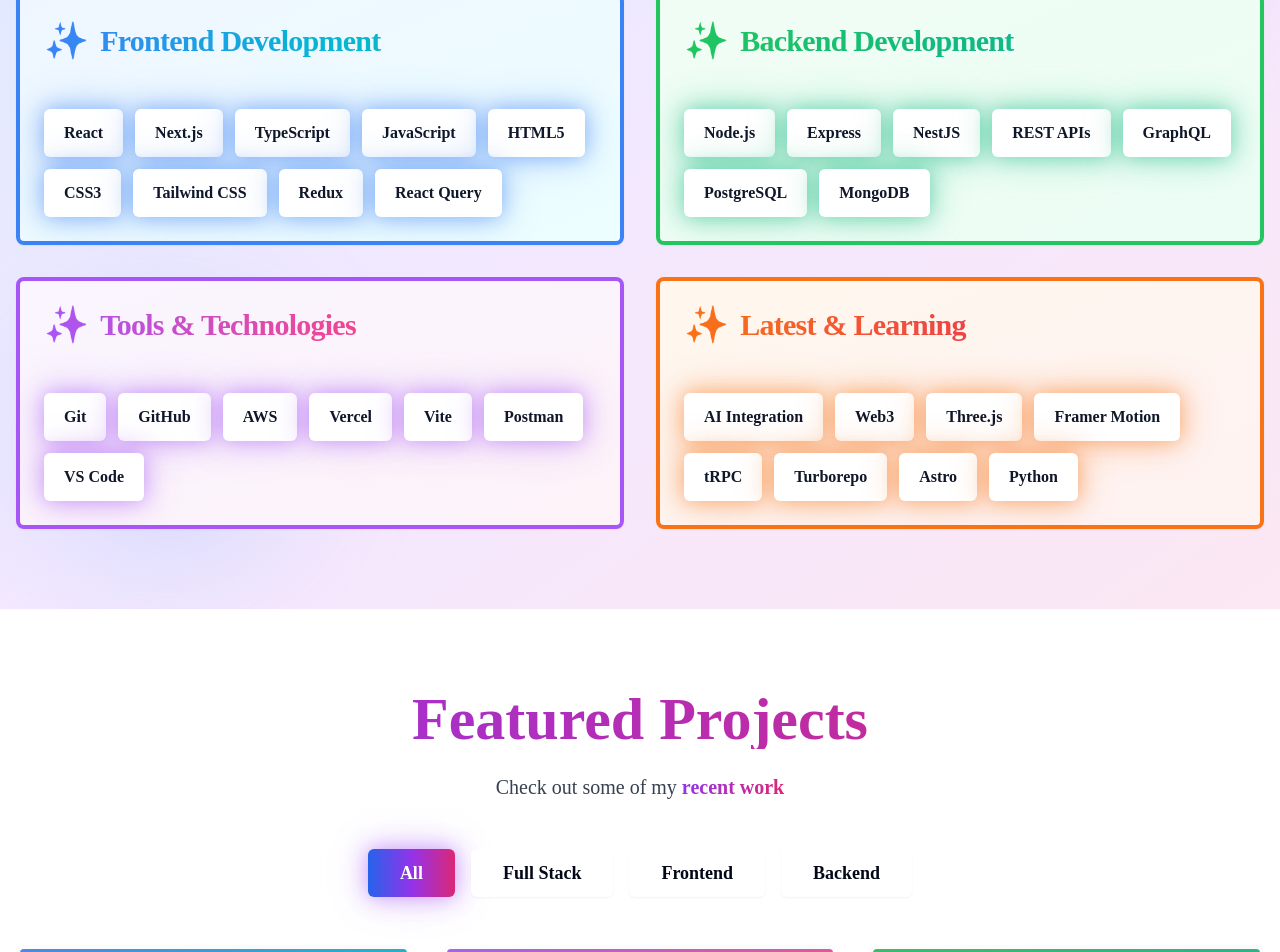
Repository: sm6746/PORTFOLIO
Page: /
The author's editor kept a copy of each file at every save. The page is drawn from the files as they stood at one save, then again after the next save.
The browser window is 1280 px wide. The pictures show the part of the page from y = 1932 to 2884 px (the page is 8297 px tall).
Pictures or frames that could not be fetched are drawn as grey boxes. The project was rebuilt for these pictures with package versions that can differ from the ones it lists, and the page was loaded fresh each time. Also part of the build but not shown: vite.config.ts.

Above is the page before, as saved 2025-11-06 21:16:22.

### index.html
<!DOCTYPE html>
<html lang="en">
  <head>
    <meta charset="UTF-8" />
    <link rel="icon" type="image/svg+xml" href="/favicon.svg" />
    <meta name="viewport" content="width=device-width, initial-scale=1.0" />
    <title>Portfolio</title>
  </head>
  <body>
    <div id="root"></div>
    <script type="module" src="/app/main.tsx"></script>
  </body>
</html>

### app/main.tsx
import React from 'react'
import ReactDOM from 'react-dom/client'
import App from './app'
import './globals.css'

ReactDOM.createRoot(document.getElementById('root')!).render(
  <React.StrictMode>
    <App />
  </React.StrictMode>,
)

### app/app.tsx
import { ThemeProvider } from '@/lib/theme-context';
import { Header } from '@/components/header';
import { HeroSection } from '@/components/hero-section';
import { AboutSection } from '@/components/about-section';
import { SkillsSection } from '@/components/skills-section';
import { ProjectsSection } from '@/components/projects-section';
import { ExperienceSection } from '@/components/experience-section';
import { CertificationsSection } from '@/components/certifications-section';
import { ContactSection } from '@/components/contact-section';
import { Footer } from '@/components/footer';
import { ScrollToTop } from '@/components/scroll-to-top';

function App() {
  return (
    <ThemeProvider>
      <div className="min-h-screen bg-white dark:bg-gray-900 transition-colors duration-300">
        <Header />
        <main>
          <HeroSection />
          <AboutSection />
          <SkillsSection />
          <ProjectsSection />
          <ExperienceSection />
          <CertificationsSection />
          <ContactSection />
        </main>
        <Footer />
        <ScrollToTop />
      </div>
    </ThemeProvider>
  );
}

export default App;

### app/globals.css
@tailwind base;
@tailwind components;
@tailwind utilities;

@layer base {
  :root {
    --background: 0 0% 100%;
    --foreground: 222.2 84% 4.9%;
    --card: 0 0% 100%;
    --card-foreground: 222.2 84% 4.9%;
    --popover: 0 0% 100%;
    --popover-foreground: 222.2 84% 4.9%;
    --primary: 221.2 83.2% 53.3%;
    --primary-foreground: 210 40% 98%;
    --secondary: 210 40% 96.1%;
    --secondary-foreground: 222.2 47.4% 11.2%;
    --muted: 210 40% 96.1%;
    --muted-foreground: 215.4 16.3% 46.9%;
    --accent: 210 40% 96.1%;
    --accent-foreground: 222.2 47.4% 11.2%;
    --destructive: 0 84.2% 60.2%;
    --destructive-foreground: 210 40% 98%;
    --border: 214.3 31.8% 91.4%;
    --input: 214.3 31.8% 91.4%;
    --ring: 221.2 83.2% 53.3%;
    --radius: 0.5rem;
  }

  .dark {
    --background: 222.2 84% 4.9%;
    --foreground: 210 40% 98%;
    --card: 222.2 84% 4.9%;
    --card-foreground: 210 40% 98%;
    --popover: 222.2 84% 4.9%;
    --popover-foreground: 210 40% 98%;
    --primary: 217.2 91.2% 59.8%;
    --primary-foreground: 222.2 47.4% 11.2%;
    --secondary: 217.2 32.6% 17.5%;
    --secondary-foreground: 210 40% 98%;
    --muted: 217.2 32.6% 17.5%;
    --muted-foreground: 215 20.2% 65.1%;
    --accent: 217.2 32.6% 17.5%;
    --accent-foreground: 210 40% 98%;
    --destructive: 0 62.8% 30.6%;
    --destructive-foreground: 210 40% 98%;
    --border: 217.2 32.6% 17.5%;
    --input: 217.2 32.6% 17.5%;
    --ring: 224.3 76.3% 48%;
  }
}

@layer base {
  * {
    @apply border-border;
  }
  body {
    @apply bg-background text-foreground;
  }
}

@layer utilities {
  .bg-grid-pattern {
    background-image: linear-gradient(to right, rgba(0, 0, 0, 0.1) 1px, transparent 1px),
      linear-gradient(to bottom, rgba(0, 0, 0, 0.1) 1px, transparent 1px);
    background-size: 20px 20px;
  }

  .glow-blue {
    box-shadow: 0 0 20px rgba(59, 130, 246, 0.5), 0 0 40px rgba(59, 130, 246, 0.3);
  }

  .glow-purple {
    box-shadow: 0 0 20px rgba(168, 85, 247, 0.5), 0 0 40px rgba(168, 85, 247, 0.3);
  }

  .glow-pink {
    box-shadow: 0 0 20px rgba(236, 72, 153, 0.5), 0 0 40px rgba(236, 72, 153, 0.3);
  }

  .glow-green {
    box-shadow: 0 0 20px rgba(16, 185, 129, 0.5), 0 0 40px rgba(16, 185, 129, 0.3);
  }

  .glow-orange {
    box-shadow: 0 0 20px rgba(249, 115, 22, 0.5), 0 0 40px rgba(249, 115, 22, 0.3);
  }

  @keyframes float {
    0%, 100% { transform: translateY(0px); }
    50% { transform: translateY(-20px); }
  }

  .animate-float {
    animation: float 3s ease-in-out infinite;
  }

  @keyframes gradient-shift {
    0%, 100% { background-position: 0% 50%; }
    50% { background-position: 100% 50%; }
  }

  .animate-gradient {
    background-size: 200% 200%;
    animation: gradient-shift 3s ease infinite;
  }

  @keyframes pulse-glow {
    0%, 100% { box-shadow: 0 0 20px rgba(59, 130, 246, 0.4), 0 0 40px rgba(168, 85, 247, 0.2); }
    50% { box-shadow: 0 0 30px rgba(59, 130, 246, 0.6), 0 0 60px rgba(168, 85, 247, 0.4); }
  }

  .animate-pulse-glow {
    animation: pulse-glow 2s ease-in-out infinite;
  }
}

### lib/theme-context.tsx
import React, { createContext, useContext, useEffect, useState } from 'react';

type Theme = 'light' | 'dark';

type ThemeContextType = {
  theme: Theme;
  toggleTheme: () => void;
};

const ThemeContext = createContext<ThemeContextType | undefined>(undefined);

export function ThemeProvider({ children }: { children: React.ReactNode }) {
  const [theme, setTheme] = useState<Theme>(() => {
    const stored = localStorage.getItem('portfolio-theme');
    return (stored as Theme) || 'light';
  });

  useEffect(() => {
    localStorage.setItem('portfolio-theme', theme);
    document.documentElement.classList.toggle('dark', theme === 'dark');
  }, [theme]);

  const toggleTheme = () => {
    setTheme(prev => (prev === 'light' ? 'dark' : 'light'));
  };

  return (
    <ThemeContext.Provider value={{ theme, toggleTheme }}>
      {children}
    </ThemeContext.Provider>
  );
}

export function useTheme() {
  const context = useContext(ThemeContext);
  if (!context) {
    throw new Error('useTheme must be used within ThemeProvider');
  }
  return context;
}

### components/skills-section.tsx
import { Badge } from '@/components/ui/badge';
import { Card, CardContent, CardHeader, CardTitle } from '@/components/ui/card';
import { useScrollAnimation } from '@/hooks/use-scroll-animation';

export function SkillsSection() {
  const { ref, isVisible } = useScrollAnimation();

  const skillCategories = [
    {
      title: 'Frontend Development',
      color: 'from-blue-500 via-cyan-500 to-teal-500',
      bgColor: 'bg-gradient-to-br from-blue-50 to-cyan-50 dark:from-blue-950/50 dark:to-cyan-950/50',
      borderColor: 'border-blue-500',
      glowClass: 'glow-blue',
      skills: [
        'React', 'Next.js', 'TypeScript', 'JavaScript', 'HTML5', 'CSS3',
        'Tailwind CSS', 'Redux', 'React Query'
      ],
    },
    {
      title: 'Backend Development',
      color: 'from-green-500 via-emerald-500 to-teal-500',
      bgColor: 'bg-gradient-to-br from-green-50 to-emerald-50 dark:from-green-950/50 dark:to-emerald-950/50',
      borderColor: 'border-green-500',
      glowClass: 'glow-green',
      skills: [
        'Node.js', 'Express', 'NestJS', 'REST APIs', 'GraphQL',
        'PostgreSQL', 'MongoDB'
      ],
    },
    {
      title: 'Tools & Technologies',
      color: 'from-purple-500 via-pink-500 to-rose-500',
      bgColor: 'bg-gradient-to-br from-purple-50 to-pink-50 dark:from-purple-950/50 dark:to-pink-950/50',
      borderColor: 'border-purple-500',
      glowClass: 'glow-purple',
      skills: [
        'Git', 'GitHub', 'AWS', 'Vercel',
         'Vite', 'Postman', 'VS Code'
      ],
    },
    {
      title: 'Latest & Learning',
      color: 'from-orange-500 via-red-500 to-pink-500',
      bgColor: 'bg-gradient-to-br from-orange-50 to-red-50 dark:from-orange-950/50 dark:to-red-950/50',
      borderColor: 'border-orange-500',
      glowClass: 'glow-orange',
      skills: [
        'AI Integration', 'Web3', 'Three.js', 'Framer Motion',
        'tRPC', 'Turborepo', 'Astro', 'Python'
      ],
    },
  ];

  return (
    <section
      id="skills"
      ref={ref as React.RefObject<HTMLElement>}
      className="py-20 bg-gradient-to-br from-blue-100 via-purple-100 to-pink-100 dark:from-gray-800 dark:via-purple-900/10 dark:to-blue-900/10 relative overflow-hidden"
    >
      <div className="absolute top-10 right-10 w-64 h-64 bg-purple-400/20 rounded-full blur-3xl"></div>
      <div className="absolute bottom-10 left-10 w-64 h-64 bg-blue-400/20 rounded-full blur-3xl"></div>

      <div className="container mx-auto px-4 relative z-10">
        <div
          className={`transition-all duration-1000 ${
            isVisible ? 'opacity-100 translate-y-0' : 'opacity-0 translate-y-10'
          }`}
        >
          <h2 className="text-5xl md:text-6xl font-extrabold text-center mb-6 bg-gradient-to-r from-blue-600 via-purple-600 to-pink-600 dark:from-blue-400 dark:via-purple-400 dark:to-pink-400 bg-clip-text text-transparent animate-gradient">
            Technical Skills
          </h2>
          <p className="text-center text-gray-700 dark:text-gray-300 mb-16 text-xl font-medium">
            Modern technologies I work with to build <span className="text-transparent bg-clip-text bg-gradient-to-r from-blue-600 to-purple-600 font-bold">amazing applications</span>
          </p>

          <div className="grid md:grid-cols-2 gap-8">
            {skillCategories.map((category, index) => (
              <Card
                key={index}
                className={`group hover:shadow-2xl transition-all duration-500 transform hover:-translate-y-3 hover:scale-105 border-4 ${category.borderColor} ${category.bgColor} overflow-hidden ${
                  isVisible ? 'opacity-100 translate-y-0' : 'opacity-0 translate-y-10'
                }`}
                style={{ transitionDelay: `${index * 150}ms` }}
              >
                <div className={`absolute inset-0 bg-gradient-to-br ${category.color} opacity-0 group-hover:opacity-10 transition-opacity duration-500`}></div>
                <CardHeader className="relative">
                  <CardTitle className={`text-3xl font-bold bg-gradient-to-r ${category.color} bg-clip-text text-transparent flex items-center gap-3`}>
                    <span className="text-4xl">✨</span>
                    {category.title}
                  </CardTitle>
                </CardHeader>
                <CardContent className="p-6 relative">
                  <div className="flex flex-wrap gap-3">
                    {category.skills.map((skill, skillIndex) => (
                      <Badge
                        key={skillIndex}
                        variant="secondary"
                        className={`px-5 py-3 text-base font-bold hover:scale-125 transition-all duration-300 cursor-pointer bg-white dark:bg-gray-800 hover:shadow-2xl border-3 hover:border-current transform hover:-rotate-3 ${category.glowClass}`}
                      >
                        {skill}
                      </Badge>
                    ))}
                  </div>
                </CardContent>
              </Card>
            ))}
          </div>
        </div>
      </div>
    </section>
  );
}

### components/footer.tsx
import { Github, Linkedin, Mail, Twitter } from 'lucide-react';
import { Button } from '@/components/ui/button';

export function Footer() {
  return (
    <footer className="py-12 bg-gray-900 text-white">
      <div className="container mx-auto px-4">
        <div className="flex flex-col items-center gap-6">
          <div className="text-3xl font-bold bg-gradient-to-r from-blue-400 to-purple-400 bg-clip-text text-transparent">
            SHIVANI MEHRA
          </div>
          <p className="text-gray-400 text-center max-w-md">
            Building the future, one line of code at a time. Let's create something amazing together.
          </p>
          <div className="flex gap-4">
            <Button
              variant="ghost"
              size="icon"
              className="rounded-full hover:bg-blue-600/20 text-gray-300 hover:text-white transition-all"
            >
              <Github className="h-5 w-5" />
            </Button>
            <Button
              variant="ghost"
              size="icon"
              className="rounded-full hover:bg-blue-600/20 text-gray-300 hover:text-white transition-all"
            >
              <Linkedin className="h-5 w-5" />
            </Button>
            <Button
              variant="ghost"
              size="icon"
              className="rounded-full hover:bg-blue-600/20 text-gray-300 hover:text-white transition-all"
            >
              <Twitter className="h-5 w-5" />
            </Button>
            <Button
              variant="ghost"
              size="icon"
              className="rounded-full hover:bg-blue-600/20 text-gray-300 hover:text-white transition-all"
            >
              <Mail className="h-5 w-5" />
            </Button>
          </div>
          <div className="border-t border-gray-800 pt-6 w-full text-center">
            <p className="text-gray-500 text-sm">

            </p>
          </div>
        </div>
      </div>
    </footer>
  );
}

### components/scroll-to-top.tsx
import { Button } from '@/components/ui/button';
import { ArrowUp } from 'lucide-react';
import { useEffect, useState } from 'react';

export function ScrollToTop() {
  const [isVisible, setIsVisible] = useState(false);

  useEffect(() => {
    const toggleVisibility = () => {
      setIsVisible(window.scrollY > 500);
    };

    window.addEventListener('scroll', toggleVisibility);
    return () => window.removeEventListener('scroll', toggleVisibility);
  }, []);

  const scrollToTop = () => {
    window.scrollTo({ top: 0, behavior: 'smooth' });
  };

  if (!isVisible) return null;

  return (
    <Button
      onClick={scrollToTop}
      size="icon"
      className="fixed bottom-8 right-8 z-50 rounded-full shadow-lg bg-gradient-to-r from-blue-600 to-purple-600 hover:from-blue-700 hover:to-purple-700 animate-bounce"
    >
      <ArrowUp className="h-5 w-5" />
    </Button>
  );
}

### components/ui/button.tsx
import * as React from "react"
import { Slot } from "@radix-ui/react-slot"
import { cva, type VariantProps } from "class-variance-authority"

import { cn } from "@/lib/utlis"

const buttonVariants = cva(
  "inline-flex items-center justify-center gap-2 whitespace-nowrap rounded-md text-sm font-medium transition-colors focus-visible:outline-none focus-visible:ring-1 focus-visible:ring-ring disabled:pointer-events-none disabled:opacity-50 [&_svg]:pointer-events-none [&_svg]:size-4 [&_svg]:shrink-0",
  {
    variants: {
      variant: {
        default:
          "bg-primary text-primary-foreground shadow hover:bg-primary/90",
        destructive:
          "bg-destructive text-destructive-foreground shadow-sm hover:bg-destructive/90",
        outline:
          "border border-input bg-background shadow-sm hover:bg-accent hover:text-accent-foreground",
        secondary:
          "bg-secondary text-secondary-foreground shadow-sm hover:bg-secondary/80",
        ghost: "hover:bg-accent hover:text-accent-foreground",
        link: "text-primary underline-offset-4 hover:underline",
      },
      size: {
        default: "h-9 px-4 py-2",
        sm: "h-8 rounded-md px-3 text-xs",
        lg: "h-10 rounded-md px-8",
        icon: "h-9 w-9",
      },
    },
    defaultVariants: {
      variant: "default",
      size: "default",
    },
  }
)

export interface ButtonProps
  extends React.ButtonHTMLAttributes<HTMLButtonElement>,
    VariantProps<typeof buttonVariants> {
  asChild?: boolean
}

const Button = React.forwardRef<HTMLButtonElement, ButtonProps>(
  ({ className, variant, size, asChild = false, ...props }, ref) => {
    const Comp = asChild ? Slot : "button"
    return (
      <Comp
        className={cn(buttonVariants({ variant, size, className }))}
        ref={ref}
        {...props}
      />
    )
  }
)
Button.displayName = "Button"

export { Button, buttonVariants }

### hooks/use-scroll-animation.ts
import { useEffect, useRef, useState } from 'react';

export function useScrollAnimation() {
  const ref = useRef<HTMLElement>(null);
  const [isVisible, setIsVisible] = useState(false);

  useEffect(() => {
    const observer = new IntersectionObserver(
      ([entry]) => {
        if (entry.isIntersecting) {
          setIsVisible(true);
        }
      },
      { threshold: 0.1 }
    );

    if (ref.current) {
      observer.observe(ref.current);
    }

    return () => {
      if (ref.current) {
        observer.unobserve(ref.current);
      }
    };
  }, []);

  return { ref, isVisible };
}

### components/ui/card.tsx
import * as React from "react"

import { cn } from "@/lib/utlis"

const Card = React.forwardRef<
  HTMLDivElement,
  React.HTMLAttributes<HTMLDivElement>
>(({ className, ...props }, ref) => (
  <div
    ref={ref}
    className={cn(
      "rounded-lg border bg-card text-card-foreground shadow-sm",
      className,
    )}
    {...props}
  />
))
Card.displayName = "Card"

const CardHeader = React.forwardRef<
  HTMLDivElement,
  React.HTMLAttributes<HTMLDivElement>
>(({ className, ...props }, ref) => (
  <div
    ref={ref}
    className={cn("flex flex-col space-y-1.5 p-6", className)}
    {...props}
  />
))
CardHeader.displayName = "CardHeader"

const CardTitle = React.forwardRef<
  HTMLParagraphElement,
  React.HTMLAttributes<HTMLHeadingElement>
>(({ className, ...props }, ref) => (
  <h3
    ref={ref}
    className={cn(
      "text-2xl font-semibold leading-none tracking-tight",
      className,
    )}
    {...props}
  />
))
CardTitle.displayName = "CardTitle"

const CardDescription = React.forwardRef<
  HTMLParagraphElement,
  React.HTMLAttributes<HTMLParagraphElement>
>(({ className, ...props }, ref) => (
  <p
    ref={ref}
    className={cn("text-sm text-muted-foreground", className)}
    {...props}
  />
))
CardDescription.displayName = "CardDescription"

const CardContent = React.forwardRef<
  HTMLDivElement,
  React.HTMLAttributes<HTMLDivElement>
>(({ className, ...props }, ref) => (
  <div ref={ref} className={cn("p-6 pt-0", className)} {...props} />
))
CardContent.displayName = "CardContent"

const CardFooter = React.forwardRef<
  HTMLDivElement,
  React.HTMLAttributes<HTMLDivElement>
>(({ className, ...props }, ref) => (
  <div
    ref={ref}
    className={cn("flex items-center p-6 pt-0", className)}
    {...props}
  />
))
CardFooter.displayName = "CardFooter"

export { Card, CardHeader, CardFooter, CardTitle, CardDescription, CardContent }

### components/ui/badge.tsx
import * as React from "react"
import { cva, type VariantProps } from "class-variance-authority"

import { cn } from "@/lib/utlis"

const badgeVariants = cva(
  "inline-flex items-center rounded-md border px-2.5 py-0.5 text-xs font-semibold transition-colors focus:outline-none focus:ring-2 focus:ring-ring focus:ring-offset-2",
  {
    variants: {
      variant: {
        default:
          "border-transparent bg-primary text-primary-foreground shadow hover:bg-primary/80",
        secondary:
          "border-transparent bg-secondary text-secondary-foreground hover:bg-secondary/80",
        destructive:
          "border-transparent bg-destructive text-destructive-foreground shadow hover:bg-destructive/80",
        outline: "text-foreground",
      },
    },
    defaultVariants: {
      variant: "default",
    },
  }
)

export interface BadgeProps
  extends React.HTMLAttributes<HTMLDivElement>,
    VariantProps<typeof badgeVariants> {}

function Badge({ className, variant, ...props }: BadgeProps) {
  return (
    <div className={cn(badgeVariants({ variant }), className)} {...props} />
  )
}

export { Badge, badgeVariants }

### components/ui/input.tsx
import * as React from "react"

import { cn } from "@/lib/utlis"

const Input = React.forwardRef<HTMLInputElement, React.ComponentProps<"input">>(
  ({ className, type, ...props }, ref) => {
    return (
      <input
        type={type}
        className={cn(
          "flex h-9 w-full rounded-md border border-input bg-transparent px-3 py-1 text-base shadow-sm transition-colors file:border-0 file:bg-transparent file:text-sm file:font-medium file:text-foreground placeholder:text-muted-foreground focus-visible:outline-none focus-visible:ring-1 focus-visible:ring-ring disabled:cursor-not-allowed disabled:opacity-50 md:text-sm",
          className
        )}
        ref={ref}
        {...props}
      />
    )
  }
)
Input.displayName = "Input"

export { Input }

### components/ui/textarea.tsx
import * as React from "react"

import { cn } from "@/lib/utlis"

const Textarea = React.forwardRef<
  HTMLTextAreaElement,
  React.ComponentProps<"textarea">
>(({ className, ...props }, ref) => {
  return (
    <textarea
      className={cn(
        "flex min-h-[60px] w-full rounded-md border border-input bg-transparent px-3 py-2 text-base shadow-sm placeholder:text-muted-foreground focus-visible:outline-none focus-visible:ring-1 focus-visible:ring-ring disabled:cursor-not-allowed disabled:opacity-50 md:text-sm",
        className
      )}
      ref={ref}
      {...props}
    />
  )
})
Textarea.displayName = "Textarea"

export { Textarea }

Loaded but not shown: lib/utlis.tsx (common file); tailwind.config.js (62 lines, source omitted); components/projects-section.tsx (180 lines, source omitted); components/contact-section.tsx (144 lines, source omitted); components/experience-section.tsx (143 lines, source omitted); components/certifications-section.tsx (150 lines, source omitted); components/about-section.tsx (79 lines, source omitted); components/hero-section.tsx (100 lines, source omitted); components/header.tsx (82 lines, source omitted)

After the next save:
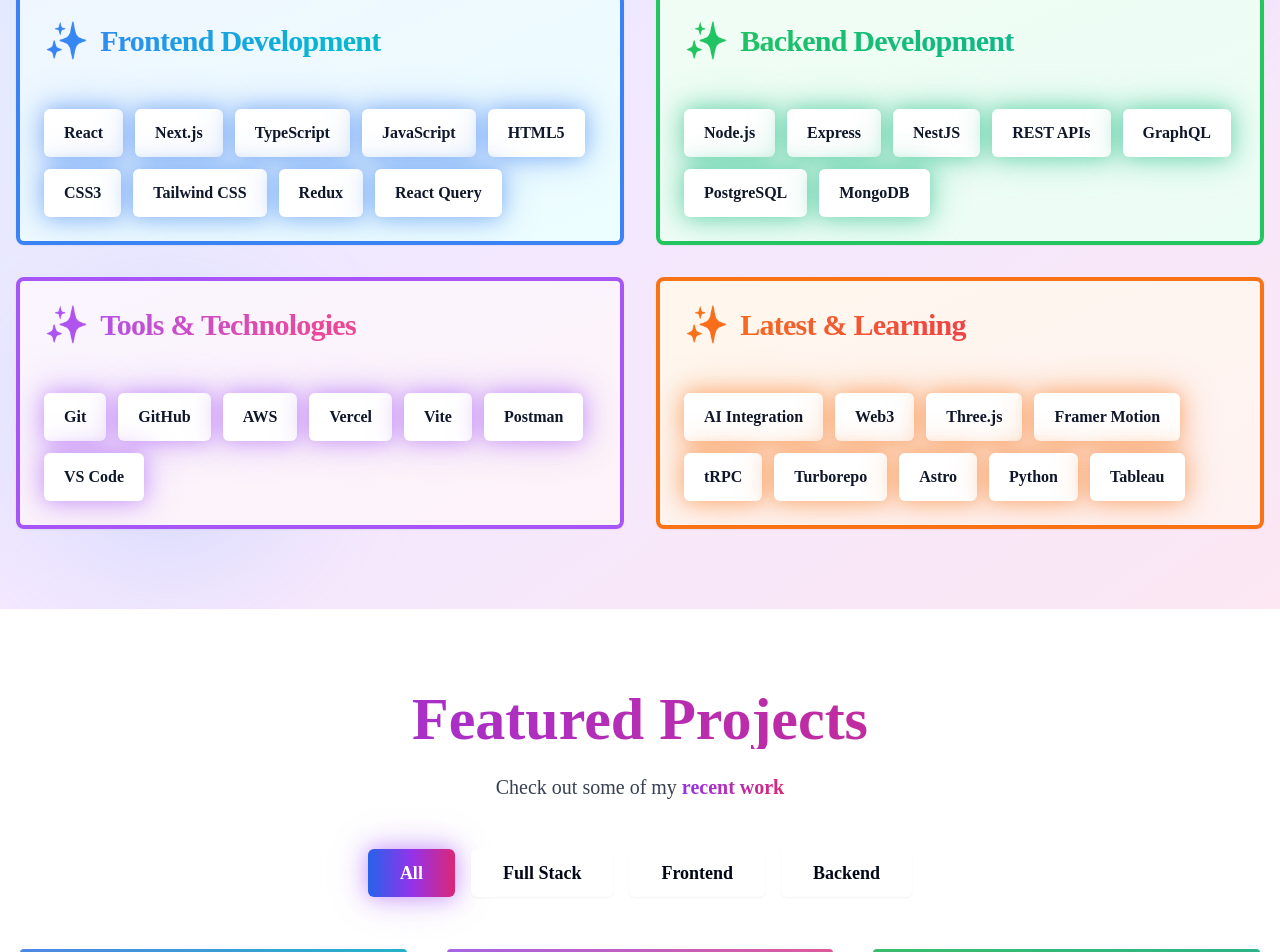
Saved 23 s later.
--- a/components/skills-section.tsx
+++ b/components/skills-section.tsx
@@ -47,7 +47,7 @@ export function SkillsSection() {
       glowClass: 'glow-orange',
       skills: [
         'AI Integration', 'Web3', 'Three.js', 'Framer Motion',
-        'tRPC', 'Turborepo', 'Astro', 'Python'
+        'tRPC', 'Turborepo', 'Astro', 'Python', 'Tableau'
       ],
     },
   ];
